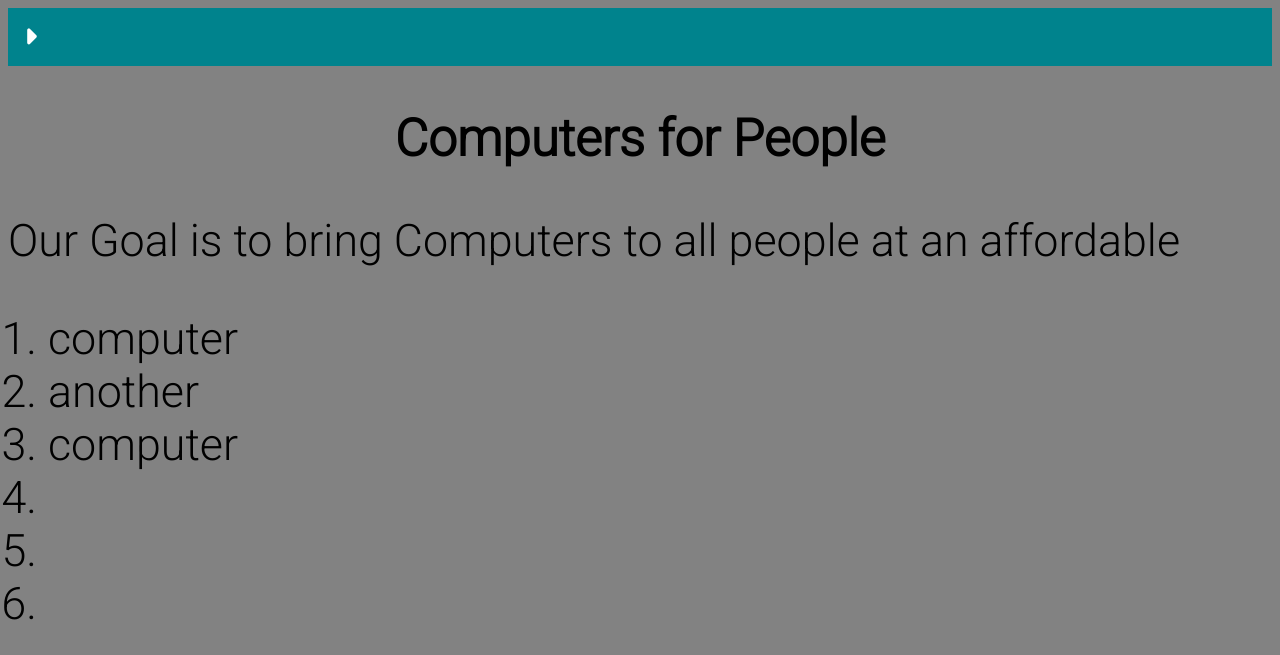
Repository: thecptwaffles/cfp-Website
Page: index.html
The author's editor kept a copy of each file at every save. The page is drawn from the files as they stood at one save, then again after the next save.
The browser window is 1280 px wide. The pictures show the part of the page from y = 0 to 655 px (the page is 1692 px tall).
A picture or video elsewhere on the page could not be fetched, so the positions and the page height are approximate. Some web fonts or font styles are not loaded; a fallback is used. Some web libraries are served in a nearby version.

Above is the page before, as saved 2022-07-02 12:30:30.

After the next save:
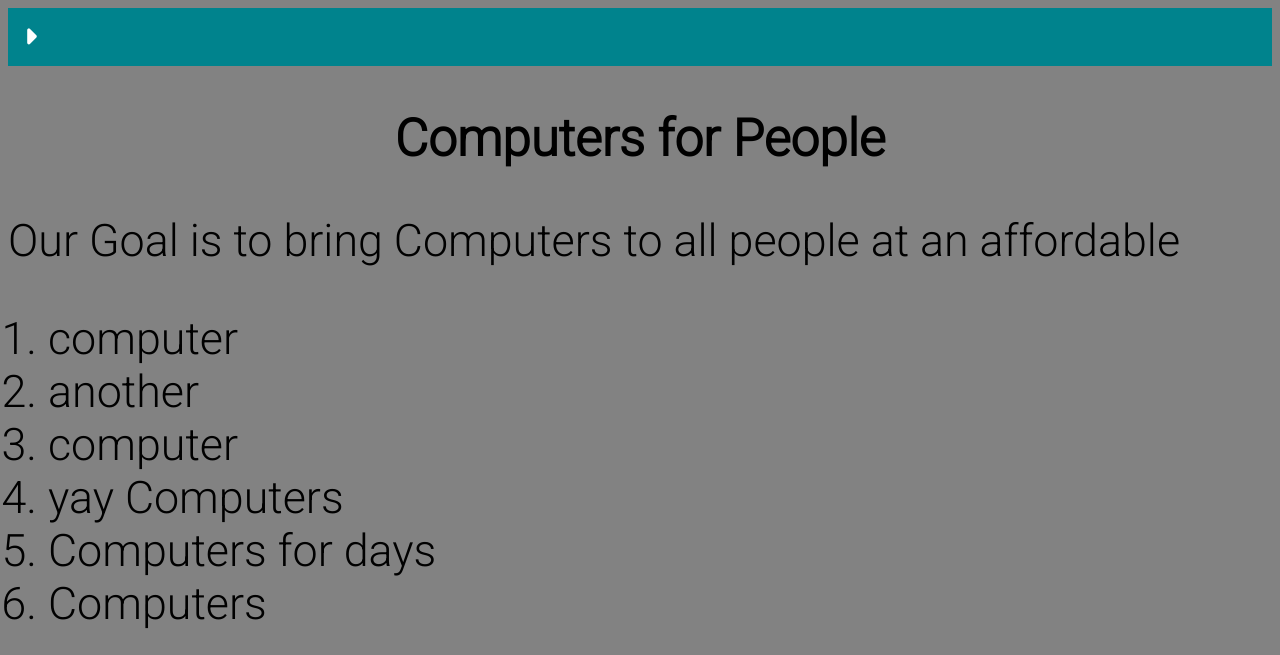
Saved 5 min 22 s later.
--- a/index.html
+++ b/index.html
@@ -39,9 +39,9 @@
             <li class="pricingItems">computer</li>
             <li class="pricingItems">another</li>
             <li class="pricingItems">computer</li>
-            <li class="pricingItems"></li>
-            <li class="pricingItems"></li>
-            <li class="pricingItems"></li>
+            <li class="pricingItems">yay Computers</li>
+            <li class="pricingItems">Computers for days</li>
+            <li class="pricingItems">Computers</li>
         </ol>
     </div>
 
